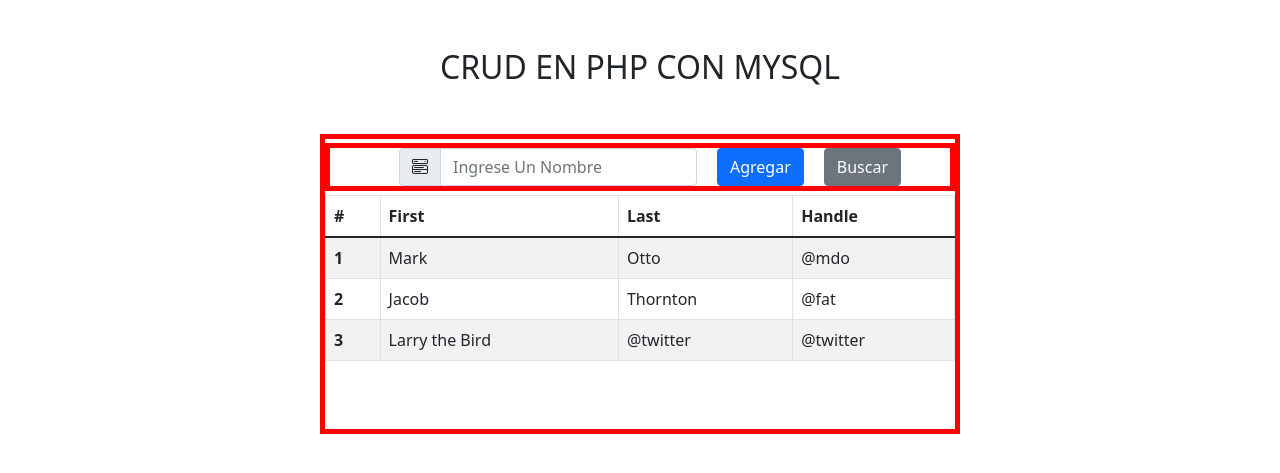
Repository: nder1996/CRUD_SENCILLO
Page: http://localhost/
These files come from the project's save history. The page is drawn as it stood at one moment and after the next save; the edit follows.
The browser window is 1280 px wide. The pictures show the whole page.
The page is run by PHP 8.4 with error messages shown; the project is at /var/www/html/.

Above is the page before, as saved 2021-10-04 20:09:43.

After the next save:
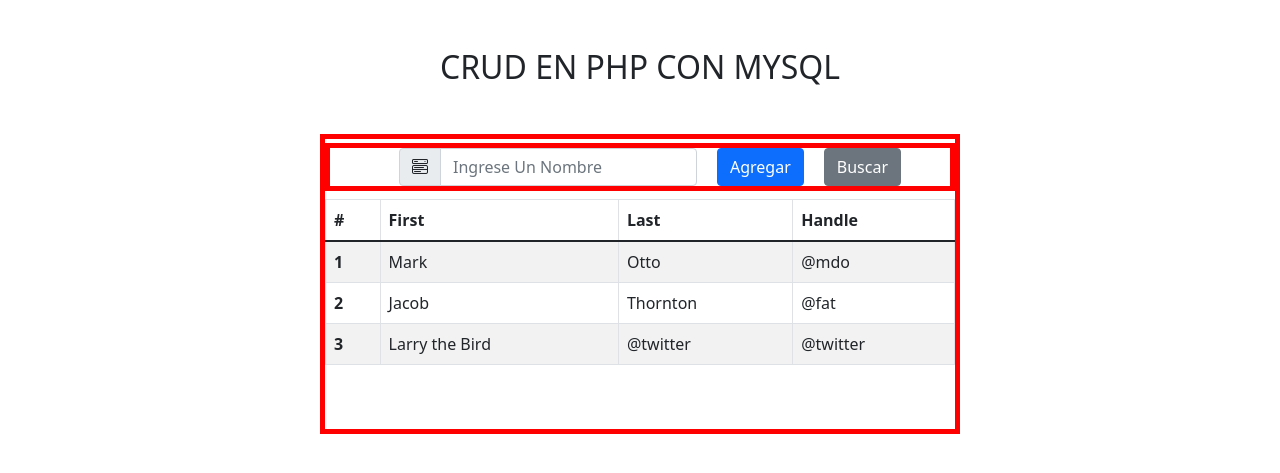
Saved 5 s later.
--- a/CRUD - SILENCIADO/index.php
+++ b/CRUD - SILENCIADO/index.php
@@ -27,7 +27,7 @@
                     <button type="button" class="btn btn-secondary">Buscar</button>
                 </section>
             </div>
-            <table class="table mt-1 table-bordered table-striped">
+            <table class="table mt-2 table-bordered table-striped">
                 <thead>
                     <tr>
                       <th scope="col">#</th>
